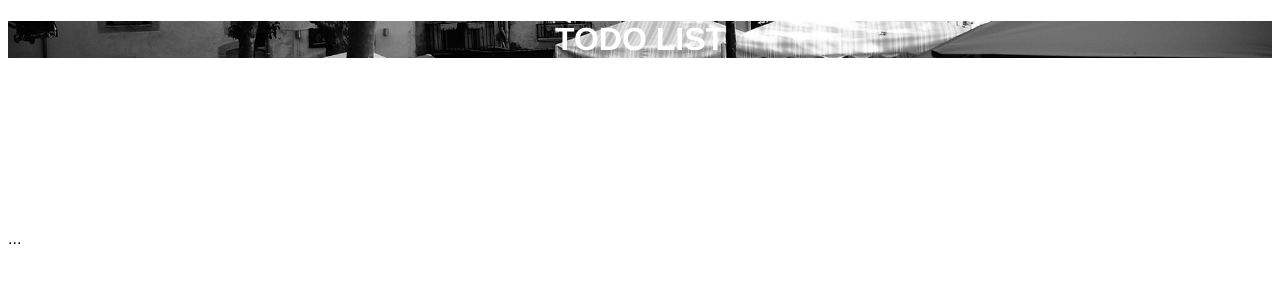
Repository: Narthe/Narthe.github.io
Page: angular.html
The author's editor kept a record of every edit. The page is drawn from the files as they stood at one moment, then again after the next edit.
The browser window is 1280 px wide. The pictures show the whole page.
Some web libraries are served in a nearby version.

Above is the page before.

### angular.html
<!DOCTYPE html>
<html lang="fr" ng-app="demoApp">
    <head>
        <meta charset="utf-8" />
        <title>Todo List</title>
        <link rel="stylesheet" href="web/css/style.css">
        <script src="https://ajax.googleapis.com/ajax/libs/angularjs/1.3.12/angular.js"></script>
        <script src="js/todoList.js"></script>
    </head>
    <body>
        <header>
            <h1>Todo List</h1>
        </header>
        <section>
            ...
        </section>
    </body>
</html>

### css/style.css
/*!
 * Start Bootstrap - Agency Bootstrap Theme (http://startbootstrap.com)
 * Code licensed under the Apache License v2.0.
 * For details, see http://www.apache.org/licenses/LICENSE-2.0.
 */
/* centered columns styles */
/*.row-centered {*/
/*    text-align:center;*/
/*}*/
/*.col-centered {*/
/*    display:inline-block;*/
/*    float:none;*/
    /* reset the text-align */
/*    text-align:left;*/
    /* inline-block space fix */
/*    margin-right:-4px;*/
/*}*/

.item {
    width:100%;
    height:100%;
	/*border:1px solid #cecece;*/
    padding:16px 8px;
	/*background:#ededed;*/
	/*background:-webkit-gradient(linear, left top, left bottom,color-stop(0%, #f4f4f4), color-stop(100%, #ededed));*/
	/*background:-moz-linear-gradient(top, #f4f4f4 0%, #ededed 100%);*/
	/*background:-ms-linear-gradient(top, #f4f4f4 0%, #ededed 100%);*/
}


body {
    overflow-x: hidden;
    font-family: "Roboto Slab","Helvetica Neue",Helvetica,Arial,sans-serif;
}

.text-muted {
    color: #777;
}

.text-primary {
    color: #193441;
}

p {
    font-size: 14px;
    line-height: 1.75;
}

p.large {
    font-size: 16px;
}

a,
a:hover,
a:focus,
a:active,
a.active {
    outline: 0;
}

a {
    color: #193441;
}

a:hover,
a:focus,
a:active,
a.active {
    color: #91AA9D;
}

h1,
h2,
h3,
h4,
h5,
h6 {
    text-transform: uppercase;
    font-family: Montserrat,"Helvetica Neue",Helvetica,Arial,sans-serif;
    font-weight: 700;
}

.img-centered {
    margin: 0 auto;
}

.bg-light-gray {
    background-color: #f7f7f7;
}

.bg-darkest-gray {
    background-color: #222;
}

.btn-primary {
    border-color: #193441;
    text-transform: uppercase;
    font-family: Montserrat,"Helvetica Neue",Helvetica,Arial,sans-serif;
    font-weight: 700;
    color: #fff;
    background-color: #193441;
}

.btn-primary:hover,
.btn-primary:focus,
.btn-primary:active,
.btn-primary.active,
.open .dropdown-toggle.btn-primary {
    border-color: #91AA9D;
    color: #fff;
    background-color: #91AA9D;
}

.btn-primary:active,
.btn-primary.active,
.open .dropdown-toggle.btn-primary {
    background-image: none;
}

.btn-primary.disabled,
.btn-primary[disabled],
fieldset[disabled] .btn-primary,
.btn-primary.disabled:hover,
.btn-primary[disabled]:hover,
fieldset[disabled] .btn-primary:hover,
.btn-primary.disabled:focus,
.btn-primary[disabled]:focus,
fieldset[disabled] .btn-primary:focus,
.btn-primary.disabled:active,
.btn-primary[disabled]:active,
fieldset[disabled] .btn-primary:active,
.btn-primary.disabled.active,
.btn-primary[disabled].active,
fieldset[disabled] .btn-primary.active {
    border-color: #193441;
    background-color: #193441;
}

.btn-primary .badge {
    color: #193441;
    background-color: #fff;
}

.btn-xl {
    padding: 20px 40px;
    border-color: #193441;
    border-radius: 3px;
    text-transform: uppercase;
    font-family: Montserrat,"Helvetica Neue",Helvetica,Arial,sans-serif;
    font-size: 18px;
    font-weight: 700;
    color: #fff;
    background-color: #193441;
}

.btn-xl:hover,
.btn-xl:focus,
.btn-xl:active,
.btn-xl.active,
.open .dropdown-toggle.btn-xl {
    border-color: #91AA9D;
    color: #fff;
    background-color: #91AA9D;
}

.btn-xl:active,
.btn-xl.active,
.open .dropdown-toggle.btn-xl {
    background-image: none;
}

.btn-xl.disabled,
.btn-xl[disabled],
fieldset[disabled] .btn-xl,
.btn-xl.disabled:hover,
.btn-xl[disabled]:hover,
fieldset[disabled] .btn-xl:hover,
.btn-xl.disabled:focus,
.btn-xl[disabled]:focus,
fieldset[disabled] .btn-xl:focus,
.btn-xl.disabled:active,
.btn-xl[disabled]:active,
fieldset[disabled] .btn-xl:active,
.btn-xl.disabled.active,
.btn-xl[disabled].active,
fieldset[disabled] .btn-xl.active {
    border-color: #193441;
    background-color: #193441;
}

.btn-xl .badge {
    color: #193441;
    background-color: #fff;
}

.navbar-default {
    border-color: transparent;
    background-color: #222;
}

.navbar-default .navbar-brand {
    font-family: "Kaushan Script","Helvetica Neue",Helvetica,Arial,cursive;
    color: #193441;
}

.navbar-default .navbar-brand:hover,
.navbar-default .navbar-brand:focus,
.navbar-default .navbar-brand:active,
.navbar-default .navbar-brand.active {
    color: #91AA9D;
}

.navbar-default .navbar-collapse {
    border-color: rgba(255,255,255,.02);
}

.navbar-default .navbar-toggle {
    border-color: #193441;
    background-color: #193441;
}

.navbar-default .navbar-toggle .icon-bar {
    background-color: #fff;
}

.navbar-default .navbar-toggle:hover,
.navbar-default .navbar-toggle:focus {
    background-color: #193441;
}

.navbar-default .nav li a {
    text-transform: uppercase;
    font-family: Montserrat,"Helvetica Neue",Helvetica,Arial,sans-serif;
    font-weight: 400;
    letter-spacing: 1px;
    color: #fff;
}

.navbar-default .nav li a:hover,
.navbar-default .nav li a:focus {
    outline: 0;
    color: #91AA9D;
}

.navbar-default .navbar-nav>.active>a {
    border-radius: 0;
    color: #fff;
    background-color: #91AA9D;
}

.navbar-default .navbar-nav>.active>a:hover,
.navbar-default .navbar-nav>.active>a:focus {
    color: #fff;
    background-color: #91AA9D;
}

@media(min-width:768px) {
    .navbar-default {
        padding: 25px 0;
        border: 0;
        background-color: transparent;
        -webkit-transition: padding .3s;
        -moz-transition: padding .3s;
        transition: padding .3s;
    }

    .navbar-default .navbar-brand {
        font-size: 2em;
        -webkit-transition: all .3s;
        -moz-transition: all .3s;
        transition: all .3s;
    }

    .navbar-default .navbar-nav>.active>a {
        border-radius: 3px;
    }

    .navbar-default.navbar-shrink {
        padding: 10px 0;
        background-color: #222;
    }

    .navbar-default.navbar-shrink .navbar-brand {
        font-size: 1.5em;
    }
}

header {
    text-align: center;
    color: #fff;
    background-attachment: scroll;
    background-image: url(../img/background_1024.jpg);
    background-color: #3E606F;
    background-position: center center;
    background-repeat: none;
    -webkit-background-size: cover;
    -moz-background-size: cover;
    background-size: cover;
    -o-background-size: cover;
}

header .container {
    padding-top: 100px;
    padding-bottom: 50px;
}


header img {
    display: block;
    margin: 0 auto 20px;
}

@media(min-width:768px) {
    header .intro-text {
        padding-top: 50px;
        padding-bottom: 100px;
    }

    header .intro-text .intro-lead-in {
        margin-bottom: 25px;
        font-family: "Droid Serif","Helvetica Neue",Helvetica,Arial,sans-serif;
        font-size: 40px;
        font-style: italic;
        line-height: 40px;
    }

    header .intro-text .intro-heading {
        margin-bottom: 50px;
        text-transform: uppercase;
        font-family: Montserrat,"Helvetica Neue",Helvetica,Arial,sans-serif;
        font-size: 75px;
        font-weight: 700;
        line-height: 75px;
    }
}

section {
    padding: 100px 0;
}

section h2.section-heading {
    margin-top: 0;
    margin-bottom: 15px;
    font-size: 40px;
}

section h3.section-subheading {
    margin-bottom: 75px;
    text-transform: none;
    font-family: "Droid Serif","Helvetica Neue",Helvetica,Arial,sans-serif;
    font-size: 16px;
    font-style: italic;
    font-weight: 400;
}

@media(min-width:768px) {
    section {
        padding: 150px 0;
    }
}

.service-heading {
    margin: 15px 0;
    text-transform: none;
}

#portfolio .portfolio-item {
    right: 0;
    margin: 0 0 15px;
}

#portfolio .portfolio-item .portfolio-link {
    display: block;
    position: relative;
    margin: 0 auto;
    max-width: 400px;
}

#portfolio .portfolio-item .portfolio-link .portfolio-hover {
    position: absolute;
    width: 100%;
    height: 100%;
    opacity: 0;
    background : rgba(62, 96, 111, .9);
    -webkit-transition: all ease .5s;
    -moz-transition: all ease .5s;
    transition: all ease .5s;
}

#portfolio .portfolio-item .portfolio-link .portfolio-hover:hover {
    opacity: 1;
}

#portfolio .portfolio-item .portfolio-link .portfolio-hover .portfolio-hover-content {
    position: absolute;
    top: 50%;
    width: 100%;
    height: 20px;
    margin-top: -12px;
    text-align: center;
    font-size: 20px;
    color: #fff;
}

#portfolio .portfolio-item .portfolio-link .portfolio-hover .portfolio-hover-content i {
    margin-top: -12px;
}

#portfolio .portfolio-item .portfolio-link .portfolio-hover .portfolio-hover-content h3,
#portfolio .portfolio-item .portfolio-link .portfolio-hover .portfolio-hover-content h4 {
    margin: 0;
}

#portfolio .portfolio-item .portfolio-caption {
    margin: 0 auto;
    padding: 25px;
    max-width: 400px;
    text-align: center;
    background-color: #fff;
}

#portfolio .portfolio-item .portfolio-caption h4 {
    margin: 0;
    text-transform: none;
}

#portfolio .portfolio-item .portfolio-caption p {
    margin: 0;
    font-family: "Droid Serif","Helvetica Neue",Helvetica,Arial,sans-serif;
    font-size: 16px;
    font-style: italic;
}

#portfolio * {
    z-index: 2;
}

@media(min-width:767px) {
    #portfolio .portfolio-item {
        margin: 0 0 30px;
    }
}

.timeline {
    position: relative;
    padding: 0;
    list-style: none;
}

.timeline:before {
    content: "";
    position: absolute;
    top: 0;
    bottom: 0;
    left: 40px;
    width: 2px;
    margin-left: -1.5px;
    background-color: #f1f1f1;
}

.timeline>li {
    position: relative;
    margin-bottom: 50px;
    min-height: 50px;
}

.timeline>li:before,
.timeline>li:after {
    content: " ";
    display: table;
}

.timeline>li:after {
    clear: both;
}

.timeline>li .timeline-panel {
    float: right;
    position: relative;
    width: 100%;
    padding: 0 20px 0 100px;
    text-align: left;
}

.timeline>li .timeline-panel:before {
    right: auto;
    left: -15px;
    border-right-width: 15px;
    border-left-width: 0;
}

.timeline>li .timeline-panel:after {
    right: auto;
    left: -14px;
    border-right-width: 14px;
    border-left-width: 0;
}

.timeline>li .timeline-image {
    z-index: 100;
    position: absolute;
    left: 0;
    width: 80px;
    height: 80px;
    margin-left: 0;
    border: 7px solid #f1f1f1;
    border-radius: 100%;
    text-align: center;
    color: #fff;
    background-color: #193441;
}

.timeline>li .timeline-image h4 {
    margin-top: 12px;
    font-size: 10px;
    line-height: 14px;
}

.timeline>li.timeline-inverted>.timeline-panel {
    float: right;
    padding: 0 20px 0 100px;
    text-align: left;
}

.timeline>li.timeline-inverted>.timeline-panel:before {
    right: auto;
    left: -15px;
    border-right-width: 15px;
    border-left-width: 0;
}

.timeline>li.timeline-inverted>.timeline-panel:after {
    right: auto;
    left: -14px;
    border-right-width: 14px;
    border-left-width: 0;
}

.timeline>li:last-child {
    margin-bottom: 0;
}

.timeline .timeline-heading h4 {
    margin-top: 0;
    color: inherit;
}

.timeline .timeline-heading h4.subheading {
    text-transform: none;
}

.timeline .timeline-body>p,
.timeline .timeline-body>ul {
    margin-bottom: 0;
}

@media(min-width:768px) {
    .timeline:before {
        left: 50%;
    }

    .timeline>li {
        margin-bottom: 100px;
        min-height: 100px;
    }

    .timeline>li .timeline-panel {
        float: left;
        width: 41%;
        padding: 0 20px 20px 30px;
        text-align: right;
    }

    .timeline>li .timeline-image {
        left: 50%;
        width: 100px;
        height: 100px;
        margin-left: -50px;
    }

    .timeline>li .timeline-image h4 {
        margin-top: 16px;
        font-size: 13px;
        line-height: 18px;
    }

    .timeline>li.timeline-inverted>.timeline-panel {
        float: right;
        padding: 0 30px 20px 20px;
        text-align: left;
    }
}

@media(min-width:992px) {
    .timeline>li {
        min-height: 150px;
    }

    .timeline>li .timeline-panel {
        padding: 0 20px 20px;
    }

    .timeline>li .timeline-image {
        width: 150px;
        height: 150px;
        margin-left: -75px;
    }

    .timeline>li .timeline-image h4 {
        margin-top: 30px;
        font-size: 18px;
        line-height: 26px;
    }

    .timeline>li.timeline-inverted>.timeline-panel {
        padding: 0 20px 20px;
    }
}

@media(min-width:1200px) {
    .timeline>li {
        min-height: 170px;
    }

    .timeline>li .timeline-panel {
        padding: 0 20px 20px 100px;
    }

    .timeline>li .timeline-image {
        width: 170px;
        height: 170px;
        margin-left: -85px;
    }

    .timeline>li .timeline-image h4 {
        margin-top: 40px;
    }

    .timeline>li.timeline-inverted>.timeline-panel {
        padding: 0 100px 20px 20px;
    }
}

#social .row{
    text-align: center;
    font-family: Montserrat,"Helvetica Neue",Helvetica,Arial,sans-serif;
}

#social .item img:hover{
    fill: #ace63c;
}

.snow-solver-pictures>.row{
    text-align: center;
    font-family: Montserrat,"Helvetica Neue",Helvetica,Arial,sans-serif;
}


.team-member {
    margin-bottom: 50px;
    text-align: center;
}

.team-member img {
    margin: 0 auto;
    border: 7px solid #fff;
}

.team-member h4 {
    margin-top: 25px;
    margin-bottom: 0;
    text-transform: none;
}

.team-member p {
    margin-top: 0;
}

aside.clients img {
    margin: 50px auto;
}

section#contact {
    /*background-color: #222;*/
    /*background-image: url(../img/map-image.png);*/
    background-position: center;
    background-repeat: no-repeat;
}

/*section#contact .section-heading {*/
/*    color: #fff;*/
/*}*/

section#contact .form-group {
    margin-bottom: 25px;
}

section#contact .form-group input,
section#contact .form-group textarea {
    padding: 20px;
}

section#contact .form-group input.form-control {
    height: auto;
}

section#contact .form-group textarea.form-control {
    height: 236px;
}

section#contact .form-control:focus {
    border-color: #193441;
    box-shadow: none;
}

section#contact::-webkit-input-placeholder {
    text-transform: uppercase;
    font-family: Montserrat,"Helvetica Neue",Helvetica,Arial,sans-serif;
    font-weight: 700;
    color: #bbb;
}

section#contact:-moz-placeholder {
    text-transform: uppercase;
    font-family: Montserrat,"Helvetica Neue",Helvetica,Arial,sans-serif;
    font-weight: 700;
    color: #bbb;
}

section#contact::-moz-placeholder {
    text-transform: uppercase;
    font-family: Montserrat,"Helvetica Neue",Helvetica,Arial,sans-serif;
    font-weight: 700;
    color: #bbb;
}

section#contact:-ms-input-placeholder {
    text-transform: uppercase;
    font-family: Montserrat,"Helvetica Neue",Helvetica,Arial,sans-serif;
    font-weight: 700;
    color: #bbb;
}

section#contact .text-danger {
    color: #e74c3c;
}

footer {
    padding: 25px 0;
    text-align: center;
}

footer span.copyright {
    text-transform: uppercase;
    text-transform: none;
    font-family: Montserrat,"Helvetica Neue",Helvetica,Arial,sans-serif;
    line-height: 40px;
}

footer ul.quicklinks {
    margin-bottom: 0;
    text-transform: uppercase;
    text-transform: none;
    font-family: Montserrat,"Helvetica Neue",Helvetica,Arial,sans-serif;
    line-height: 40px;
}

ul.social-buttons {
    margin-bottom: 0;
}

ul.social-buttons li a {
    display: block;
    width: 40px;
    height: 40px;
    border-radius: 100%;
    font-size: 20px;
    line-height: 40px;
    outline: 0;
    color: #fff;
    background-color: #222;
    -webkit-transition: all .3s;
    -moz-transition: all .3s;
    transition: all .3s;
}

ul.social-buttons li a:hover,
ul.social-buttons li a:focus,
ul.social-buttons li a:active {
    background-color: #193441;
}

.btn:focus,
.btn:active,
.btn.active,
.btn:active:focus {
    outline: 0;
}

.portfolio-modal .modal-content {
    padding: 100px 0;
    min-height: 100%;
    border: 0;
    border-radius: 0;
    text-align: center;
    background-clip: border-box;
    -webkit-box-shadow: none;
    box-shadow: none;
}

.portfolio-modal .modal-content h2 {
    margin-bottom: 15px;
    font-size: 3em;
}

.portfolio-modal .modal-content p {
    margin-bottom: 30px;
}

.portfolio-modal .modal-content p.item-intro {
    margin: 20px 0 30px;
    font-family: "Droid Serif","Helvetica Neue",Helvetica,Arial,sans-serif;
    font-size: 16px;
    font-style: italic;
}

.portfolio-modal .modal-content ul.list-inline {
    margin-top: 0;
    margin-bottom: 30px;
}

.portfolio-modal .modal-content img {
    margin-bottom: 30px;
}

.portfolio-modal .close-modal {
    position: absolute;
    top: 25px;
    right: 25px;
    width: 75px;
    height: 75px;
    background-color: transparent;
    cursor: pointer;
}

.portfolio-modal .close-modal:hover {
    opacity: .3;
}

.portfolio-modal .close-modal .lr {
    z-index: 1051;
    width: 1px;
    height: 75px;
    margin-left: 35px;
    background-color: #222;
    -webkit-transform: rotate(45deg);
    -ms-transform: rotate(45deg);
    transform: rotate(45deg);
}

.portfolio-modal .close-modal .lr .rl {
    z-index: 1052;
    width: 1px;
    height: 75px;
    background-color: #222;
    -webkit-transform: rotate(90deg);
    -ms-transform: rotate(90deg);
    transform: rotate(90deg);
}

.portfolio-modal .modal-backdrop {
    display: none;
    opacity: 0;
}

::-moz-selection {
    text-shadow: none;
    background: #193441;
}

::selection {
    text-shadow: none;
    background: #193441;
}

img::selection {
    background: 0 0;
}

img::-moz-selection {
    background: 0 0;
}

body {
    webkit-tap-highlight-color: #193441;
}

/*Level bars*/
.meter {
    height: 40px;  /* Can be anything */
    /*width: 100px;*/
    position: relative;
    background: #555;
    -moz-border-radius: 25px;
    -webkit-border-radius: 25px;
    border-radius: 25px;
    padding: 10px;
    box-shadow: inset 0 -1px 1px rgba(255,255,255,0.3);
}

.meter > span {
  display: block;
  height: 100%;
  border-top-right-radius: 8px;
  border-bottom-right-radius: 8px;
  border-top-left-radius: 20px;
  border-bottom-left-radius: 20px;
  background-color: rgb(43,194,83);
  background-image: linear-gradient(
    center bottom,
    rgb(43,194,83) 37%,
    rgb(84,240,84) 69%
  );
  box-shadow:
    inset 0 2px 9px  rgba(255,255,255,0.3),
    inset 0 -2px 6px rgba(0,0,0,0.4);
  position: relative;
  overflow: hidden;
}

.orange > span {
  background-color: #f1a165;
  background-image: linear-gradient(to bottom, #f1a165, #f36d0a);
}

.red > span {
  background-color: #f0a3a3;
  background-image: linear-gradient(to bottom, #f0a3a3, #f42323);
}

/*.meter > span:after, .animate > span > span {
  content: "";
  position: absolute;
  top: 0; left: 0; bottom: 0; right: 0;
  background-image: linear-gradient(
    -45deg,
    rgba(255, 255, 255, .2) 25%,
    transparent 25%,
    transparent 50%,
    rgba(255, 255, 255, .2) 50%,
    rgba(255, 255, 255, .2) 75%,
    transparent 75%,
    transparent
  );
  z-index: 1;
  background-size: 50px 50px;
  animation: move 2s linear infinite;
  border-top-right-radius: 8px;
  border-bottom-right-radius: 8px;
  border-top-left-radius: 20px;
  border-bottom-left-radius: 20px;
  overflow: hidden;
}

.animate > span:after {
  display: none;
}

@keyframes move {
  0% {
    background-position: 0 0;
  }
  100% {
    background-position: 50px 50px;
  }
}

.meter > span:after, .animate > span > span {
  animation: move 2s linear infinite;
}
/*

.skill{
    width: 100%;
    overflow:hidden;
    float: left;
}*/

#skills .progress{
    display: inline-block;
/*    width: 100%;*/
}
.skill-name{
    display: inline-block;
}

### js/todoList.js
// js/todoList.js
'use strict';


/**
 * Déclaration de l'application demoApp
 */
var demoApp = angular.module('demoApp', [
    // Dépendances du "module"
    'todoList'
]);

/**
 * Déclaration du module todoList
 */
var todoList = angular.module('todoList',[]);


/**
 * Contrôleur de l'application "Todo List" décrite dans le chapitre "La logique d'AngularJS".
 */
todoList.controller('todoCtrl', ['$scope',
    function ($scope) {

        // Pour manipuler plus simplement les todos au sein du contrôleur
        // On initialise les todos avec un tableau vide : []
        var todos = $scope.todos = [];

        // Ajouter un todo
        $scope.addTodo = function () {
            // .trim() permet de supprimer les espaces inutiles
            // en début et fin d'une chaîne de caractères
            var newTodo = $scope.newTodo.trim();
            if (!newTodo.length) {
                // éviter les todos vides
                return;
            }
            todos.push({
                // on ajoute le todo au tableau des todos
                title: newTodo,
                completed: false
            });
            // Réinitialisation de la variable newTodo
            $scope.newTodo = '';
        };

        // Enlever un todo
        $scope.removeTodo = function (todo) {
            todos.splice(todos.indexOf(todo), 1);
        };

        // Cocher / Décocher tous les todos
        $scope.markAll = function (completed) {
            todos.forEach(function (todo) {
                todo.completed = !completed;
            });
        };

        // Enlever tous les todos cochés
        $scope.clearCompletedTodos = function () {
            $scope.todos = todos = todos.filter(function (todo) {
                return !todo.completed;
            });
        };
    }
]);

After the next edit:
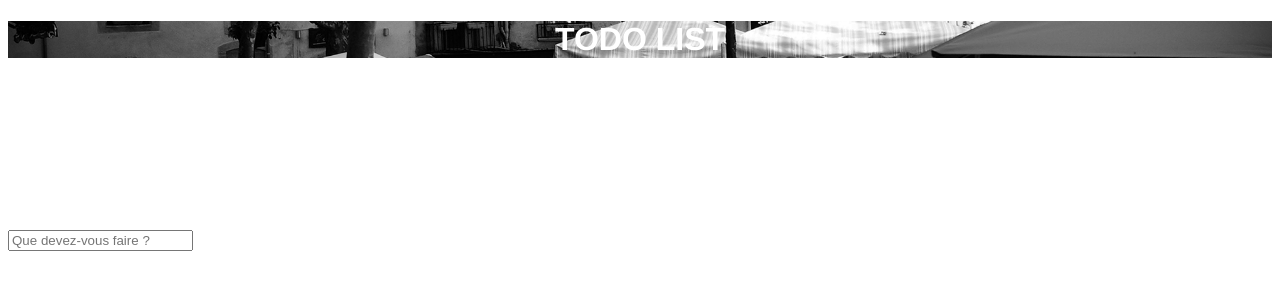
The edit:
--- a/angular.html
+++ b/angular.html
@@ -11,8 +11,24 @@
         <header>
             <h1>Todo List</h1>
         </header>
-        <section>
-            ...
+        <section ng-controller="todoCtrl">
+            <form id="todo-form" ng-submit="addTodo()">
+                <input id="new-todo" placeholder="Que devez-vous faire ?" ng-model="newTodo" />
+            </form>
+            <article ng-show="todos.length">
+                <ul id="todo-list">
+                    <li ng-repeat="todo in todos" ng-class="{completed: todo.completed}">
+                        <div class="view">
+                            <input class="mark" type="checkbox" ng-model="todo.completed" />
+                            <span>{{todo.title}}</span>
+                            <span class="close" ng-click="removeTodo(todo)">x</span>
+                        </div>
+                    </li>
+                </ul>
+                <input id="mark-all" type="checkbox" ng-model="allChecked" ng-click="markAll(allChecked)" />
+                <label class="btn btn-info" for="mark-all">Tout cocher</label>
+                <button class="btn btn-danger" ng-click="clearCompletedTodos()">Supprimer les tâches cochées</button>
+            </article>
         </section>
     </body>
 </html>
